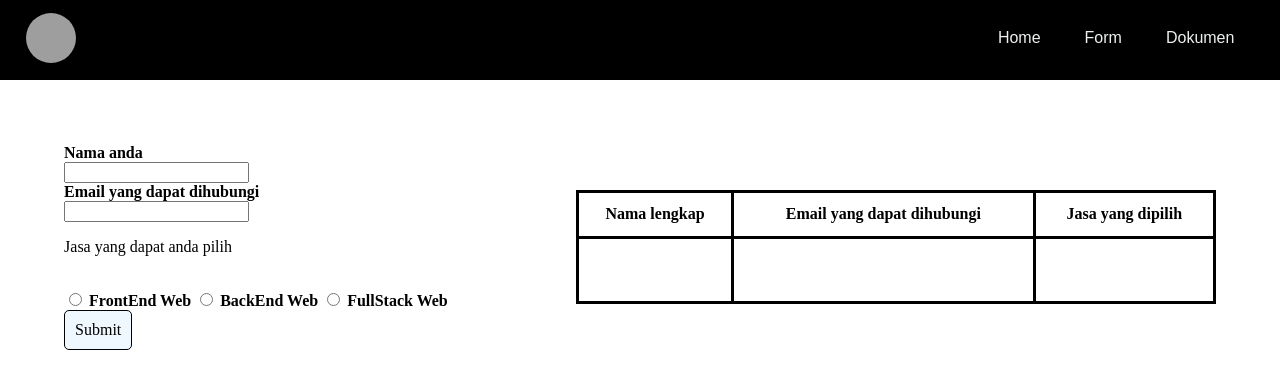
Repository: zecht12/TimModul
Page: TimModul.html
The author's editor kept a copy of each file at every save. The page is drawn from the files as they stood at one save, then again after a run of saves.
The browser window is 1280 px wide. The pictures show the whole page.
Pictures or frames that could not be fetched are drawn as grey boxes.

Above is the page before, as saved 2023-03-14 13:40:34.

### TimModul.html
<!DOCTYPE html>
<html lang="en">
<head>
    <meta charset="UTF-8">
    <meta http-equiv="X-UA-Compatible" content="IE=edge">
    <meta name="viewport" content="width=device-width, initial-scale=1.0">
    <link rel="stylesheet" href="style.css">
    <title>Jasa Coding</title>
</head>
<body>
    <div style="height: 80px; width: 100%; background-color: black;">
        <header>
            <img src="./assets/wallpaper.jpg" alt="Image" style="height: 50px; width: 50px; border-radius: 100%;" >
            <ul class="nav_links">
                <li><a href="#">Home</a></li>
                <li><a href="#">Form</a></li>
                <li><a href="#">Dokumen</a></li>
            </ul>
        </headers>
    </div>
    <div class="forms">
        <form>
            <label for="Nama" class="Labelnama">Nama anda</label><br>
            <input type="text" id="Nama" name="Nama" class="Nama"><br>

            <label for="Email" class="Labelemail">Email yang dapat dihubungi</label><br>
            <input type="text" id="Email" name="Email" class="Email"><br>

            <p for="Pilihan" class="Pilihan">Jasa yang dapat anda pilih</p><br>
            <input type="radio" id="FrontEnd" name="fav_language" value="FrontEnd">
            <label for="FrontEnd">FrontEnd Web</label>

            <input type="radio" id="BackEnd" name="fav_language" value="BackEnd">
            <label for="BackEnd">BackEnd Web</label>

            <input type="radio" id="FullStack" name="fav_language" value="FullStack">
            <label for="FullStack">FullStack Web</label><br>

            <input type="submit" value="Submit" class="Button">
        </form>
        <table style="width: 50%; border-collapse: collapse;">
            <tr>
                <th>Nama lengkap</th>
                <th>Email yang dapat dihubungi</th>
                <th>Jasa yang dipilih</th>
            </tr>
            <tr>
                <td></td>
                <td></td>
                <td></td>
            </tr>
        </table>
    </div>
</body>
</html>

### style.css
body{
    height: auto;
    width: 100%;
    margin: auto;
    padding: auto;
}
header{
    display: flex;
    align-items: center;
    justify-content: space-between;
    padding-left: 2%;
    padding-right: 2%;
    padding-top: 1%;
}
li, a, button{
    font-family: "Montserrat", sans-serif;
    font-size: 16px;
    color: #edf0f1;
    text-decoration: none;
}
.nav_links{
    list-style: none;
}
.nav_links li{
    display: inline-block;
    padding: 0px 20px;
}
.nav_links li a:hover{
    color: #0088a9;
}
.forms{
    height: auto;
    width: 100%;
    display: flex;
    justify-content: space-around;
    align-items: center;
    padding-top: 5%;
}
th{
    height: 30px;
    text-align: center;
    color: black;
    font: bold;
    border-style:solid;
    border-color: black;
    padding: 1%;
}
td{padding: 1%;
    height: 50px;
    text-align: center;
    color: black;
    border-style:solid;
    border-color: black;
}
label {
    color: black;
    font-weight: bold;
    width: 130px;
}
.Button {
    padding: 10px;
    border: 1px solid black;
    background-color:aliceblue;
    border-radius: 5px;
    font: inherit;
    cursor: pointer;
}
.Button:hover{
    border: 1px solid #0088a9;
    background-color:#0088a9;
    cursor: pointer;
}

After the next 6 saves:
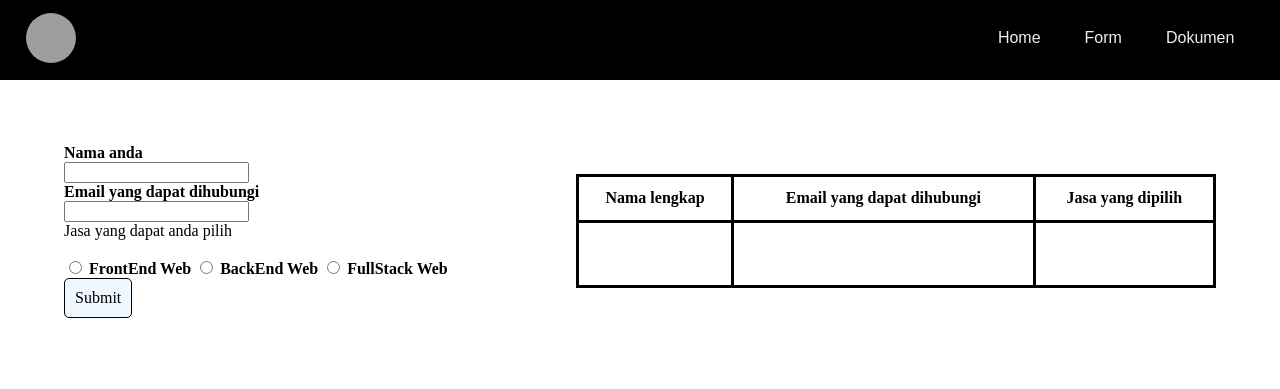
The 6 saves are shown as one change because they came seconds apart.
The last was saved 38 s later.
--- a/style.css
+++ b/style.css
@@ -70,3 +70,6 @@ label {
     background-color:#0088a9;
     cursor: pointer;
 }
+.Pilihan{
+    margin: auto;
+}
